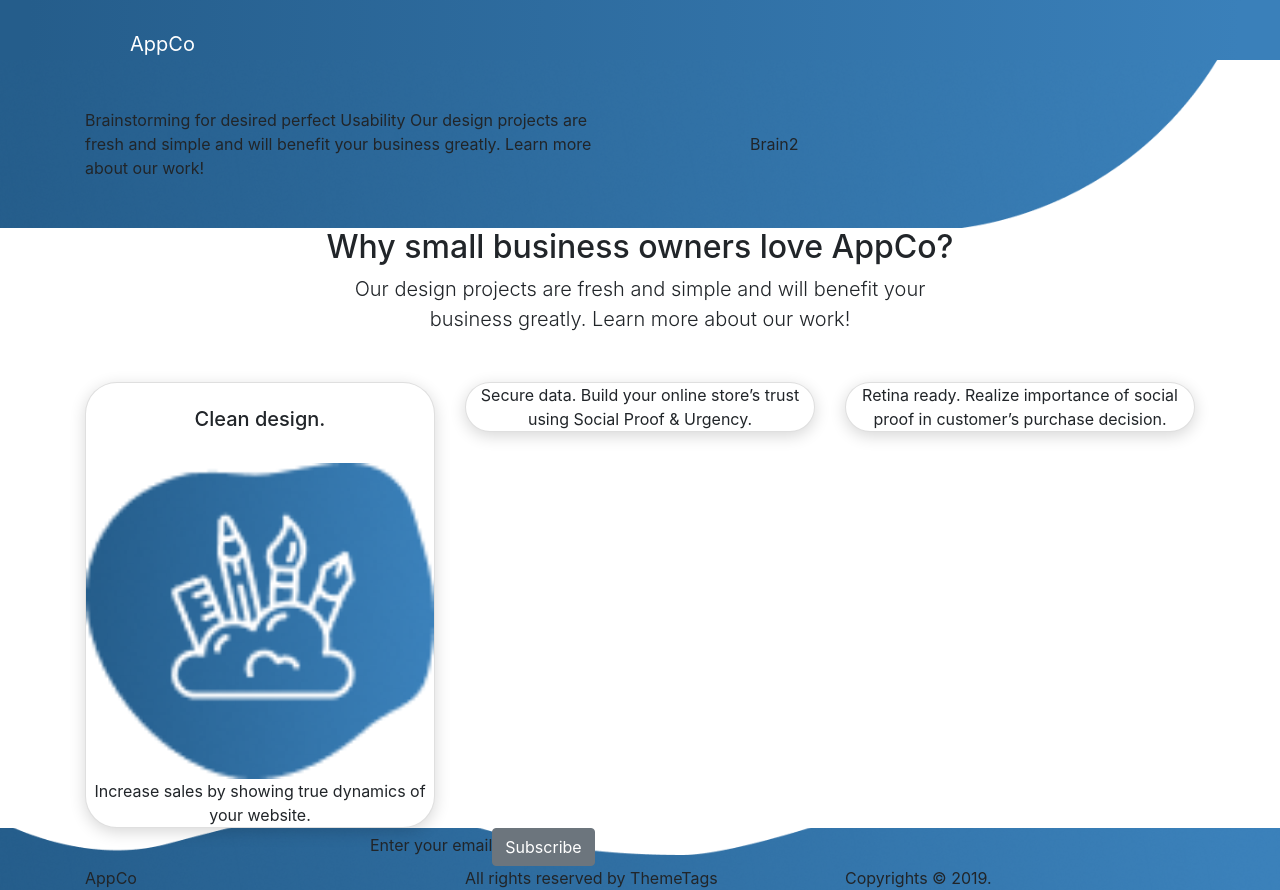
Repository: andbilous/user-statistics-app
Page: /
An editor plug-in stored every save of this project. The page is shown before and after the next save, followed by the edit.
The browser window is 1280 px wide. The pictures show the whole page.
The project was rebuilt for these pictures with package versions that can differ from the ones it lists, and the page was loaded fresh each time.

Above is the page before, as saved 2020-06-19 17:05:34.

After the next save:
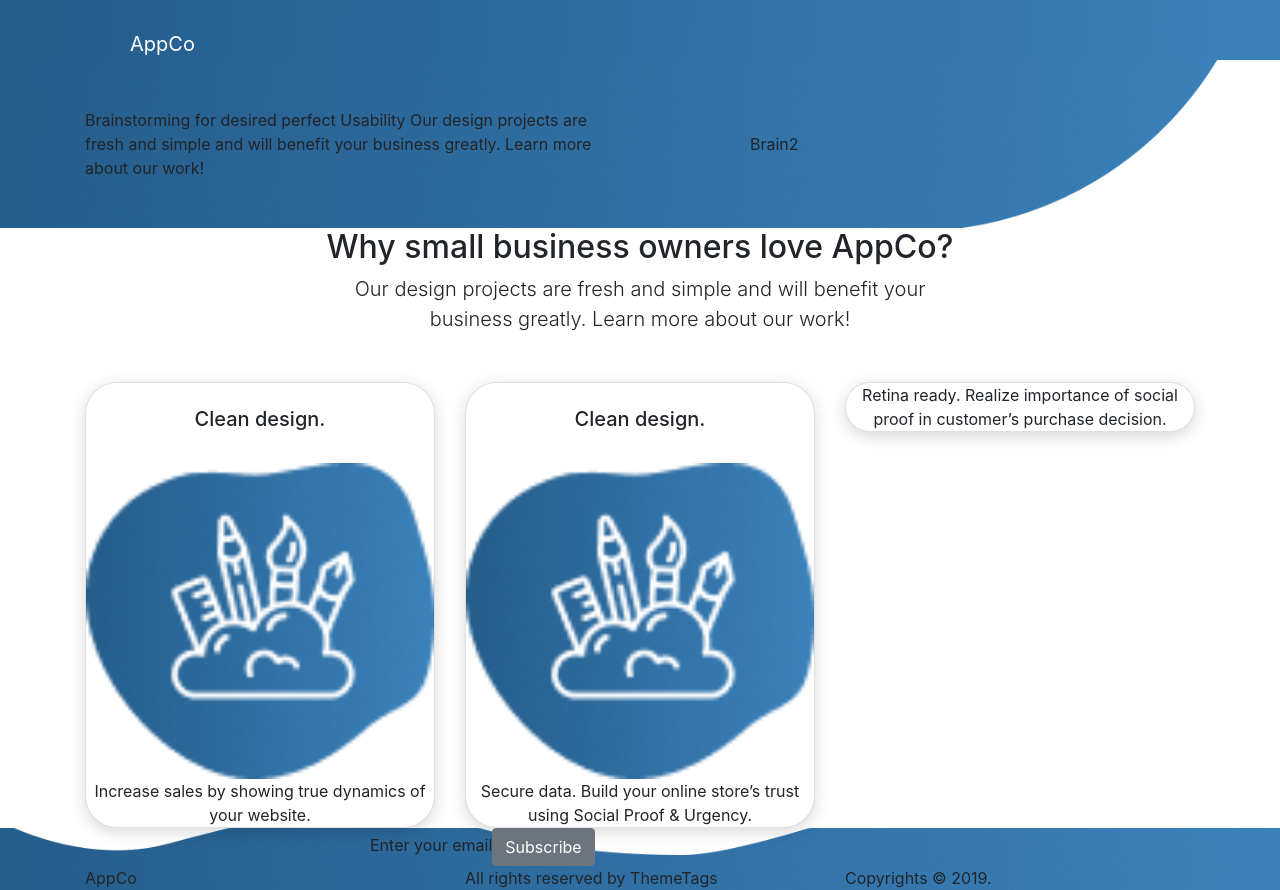
Saved 25 s later.
--- a/src/components/reasons/index.js
+++ b/src/components/reasons/index.js
@@ -31,6 +31,12 @@ const Reasons = () => {
             </Col>
             <Col className='col-lg-4 col-md'>
             <Card className='text-center card-block'>
+            <div className='pt-4'>
+                  <h5>Clean design.</h5>
+                </div>
+                <div className='reasons-img mt-4'>
+                <img alt='13' src='../../img/1.png'/>
+                </div>
                 Secure data.
                 Build your online store’s trust using Social Proof & Urgency.
               </Card>
